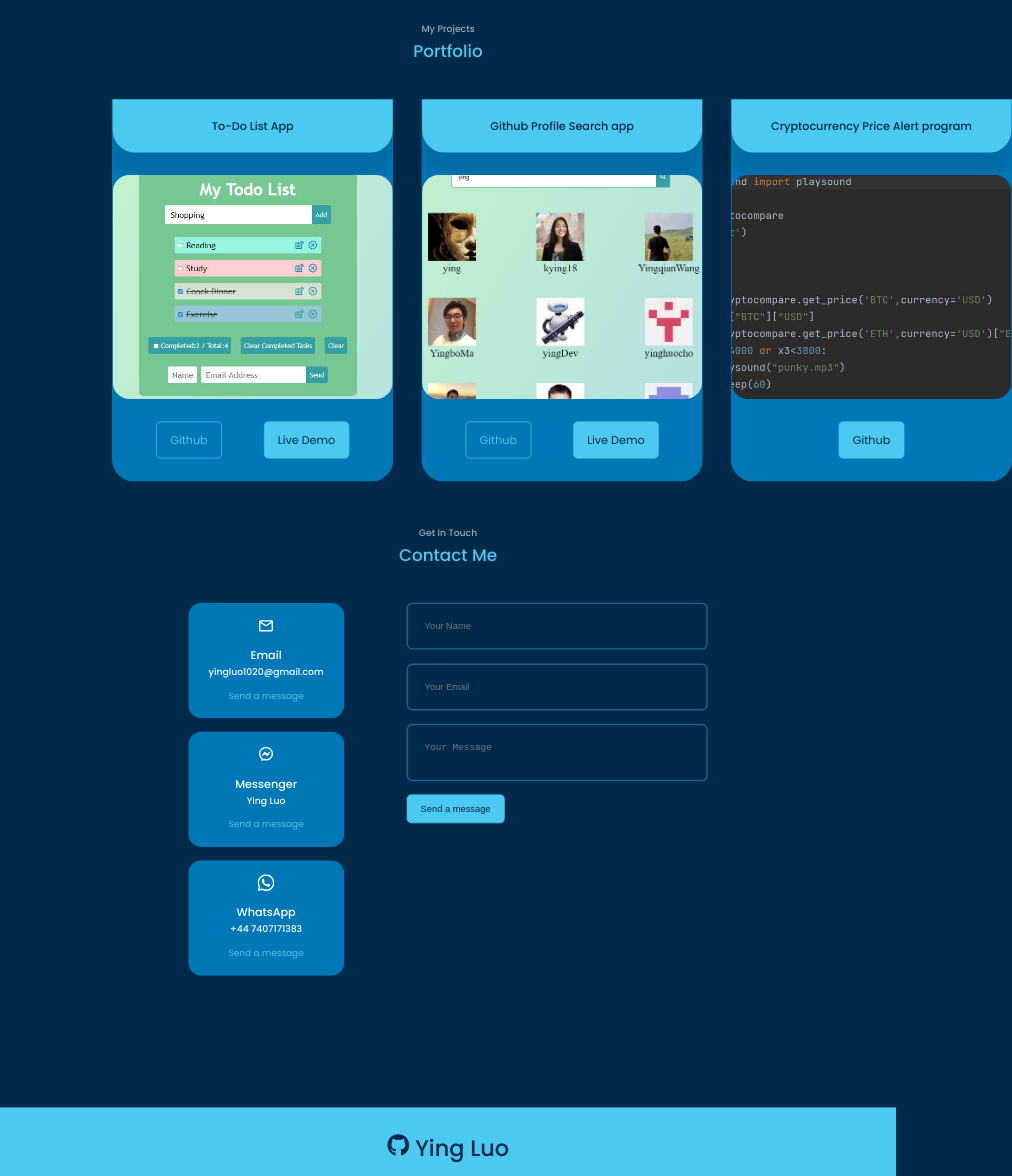
Repository: yingluo1020/react-portfolio-website
Page: /
These files come from the project's save history. The page is drawn as it stood at one moment and after the next save; the edit follows.
The browser window is 1280 px wide. The page is 1446 px wide, so the pictures cover 1446 px, including what lies to the right of the window. The pictures show the part of the page from y = 1850 to 3530 px (the page is 3743 px tall before and 3761 px after), at 70% of full size.
The project was rebuilt for these pictures with package versions that can differ from the ones it lists, and the page was loaded fresh each time. Imported but missing from the stored project, and not drawn on this page: src/assets/YingLuo-resume.pdf.

Above is the page before, as saved 2022-03-16 12:16:09.

After the next save:
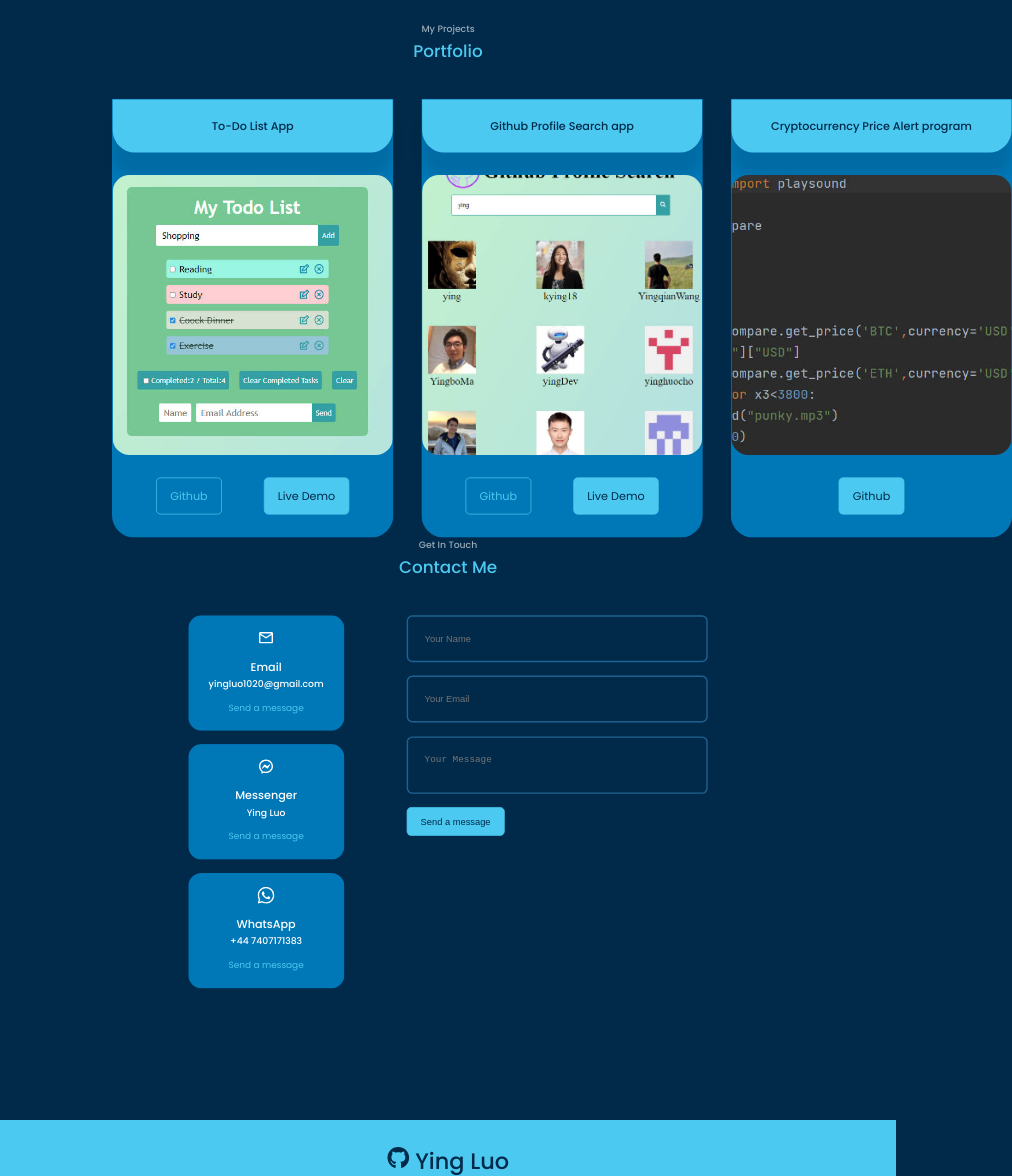
Saved 7 min 38 s later.
--- a/src/components/portfolio/portfolio.css
+++ b/src/components/portfolio/portfolio.css
@@ -33,8 +33,7 @@
 
 .portfolio_item-image {
     width: 25rem;
-    height: 20rem;
-    /* aspect-ratio: 1/1;   */
+    aspect-ratio: 1/1;
     border-radius: 1.5rem;
     overflow: hidden;
     margin: 2rem auto;
